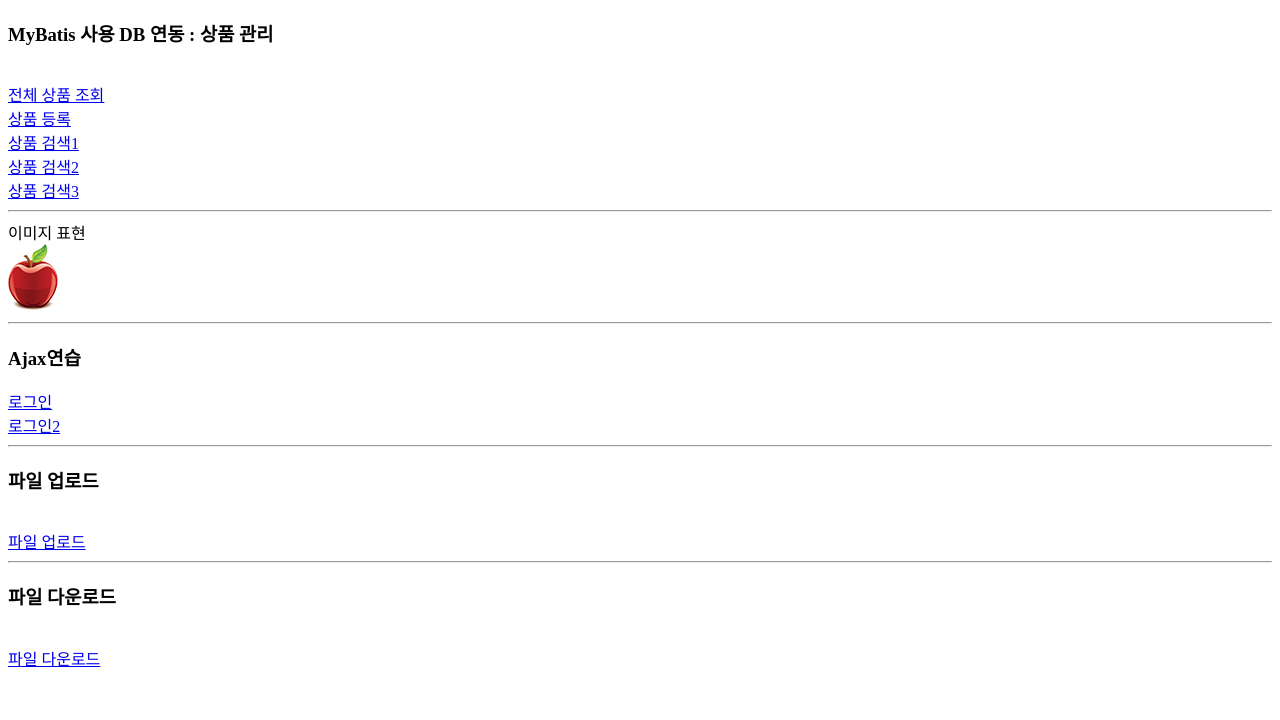
Repository: dddo3421/springBoot
Page: http://localhost/spring_boot_mybatis/WEB-INF/views/index.jsp
The author's editor kept a copy of each file at every save. The page is drawn from the files as they stood at one save, then again after a run of saves.
The browser window is 1280 px wide. The pictures show the whole page.
The page is served by Tomcat 10. Nobody is signed in. The template is opened directly, without the code that normally fills it, so the values that code supplies are empty.

Above is the page before, as saved 2025-09-30 06:44:55.

After the next 2 saves:
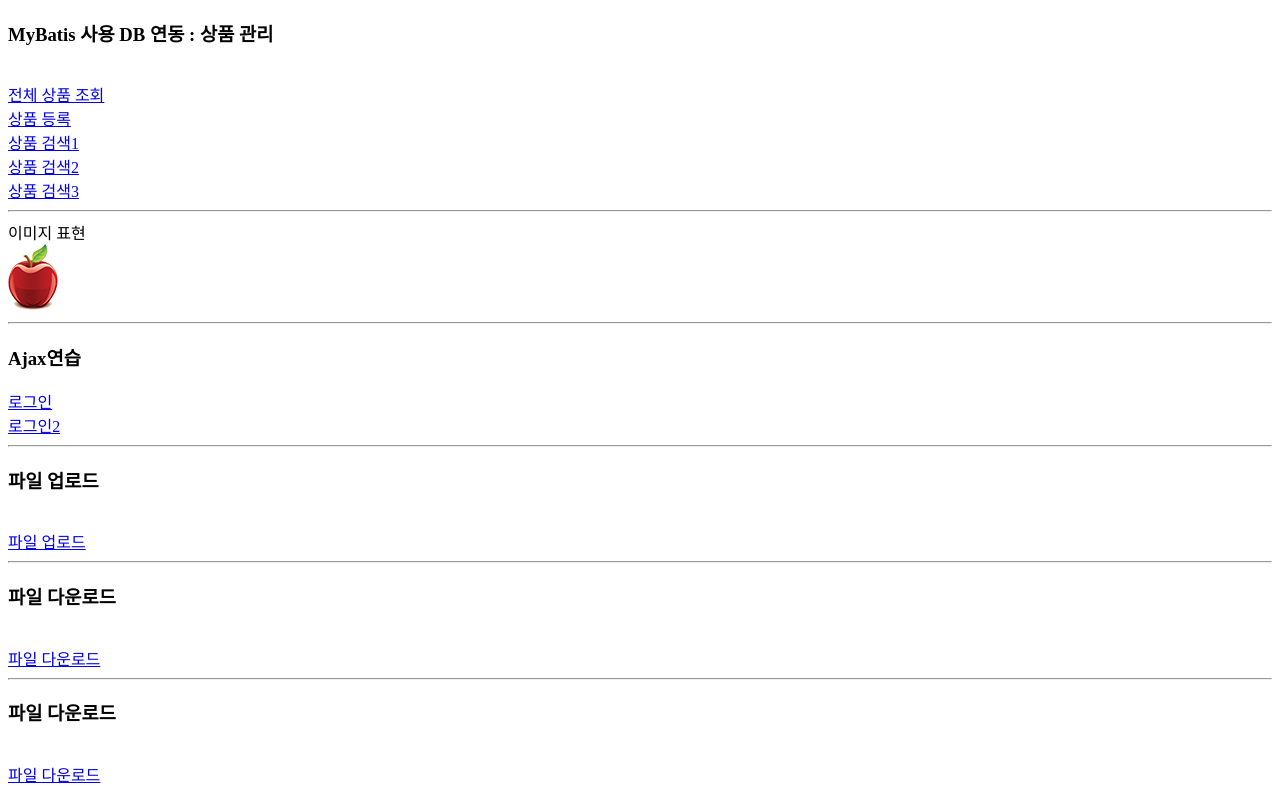
The 2 saves are shown as one change because they came seconds apart.
The last was saved 16 s later.
--- a/spring_boot_mybatis/src/main/webapp/WEB-INF/views/index.jsp
+++ b/spring_boot_mybatis/src/main/webapp/WEB-INF/views/index.jsp
@@ -31,6 +31,9 @@
 		<h3>파일 다운로드</h3><br>
 		<a href="<c:url value='/fileDownloadList'/>">파일 다운로드</a><br>
 
+		<hr>
+		<h3>파일 다운로드</h3><br>
+		<a href="<c:url value='/fileDownloadList'/>">파일 다운로드</a><br>
 
 
 </body>
